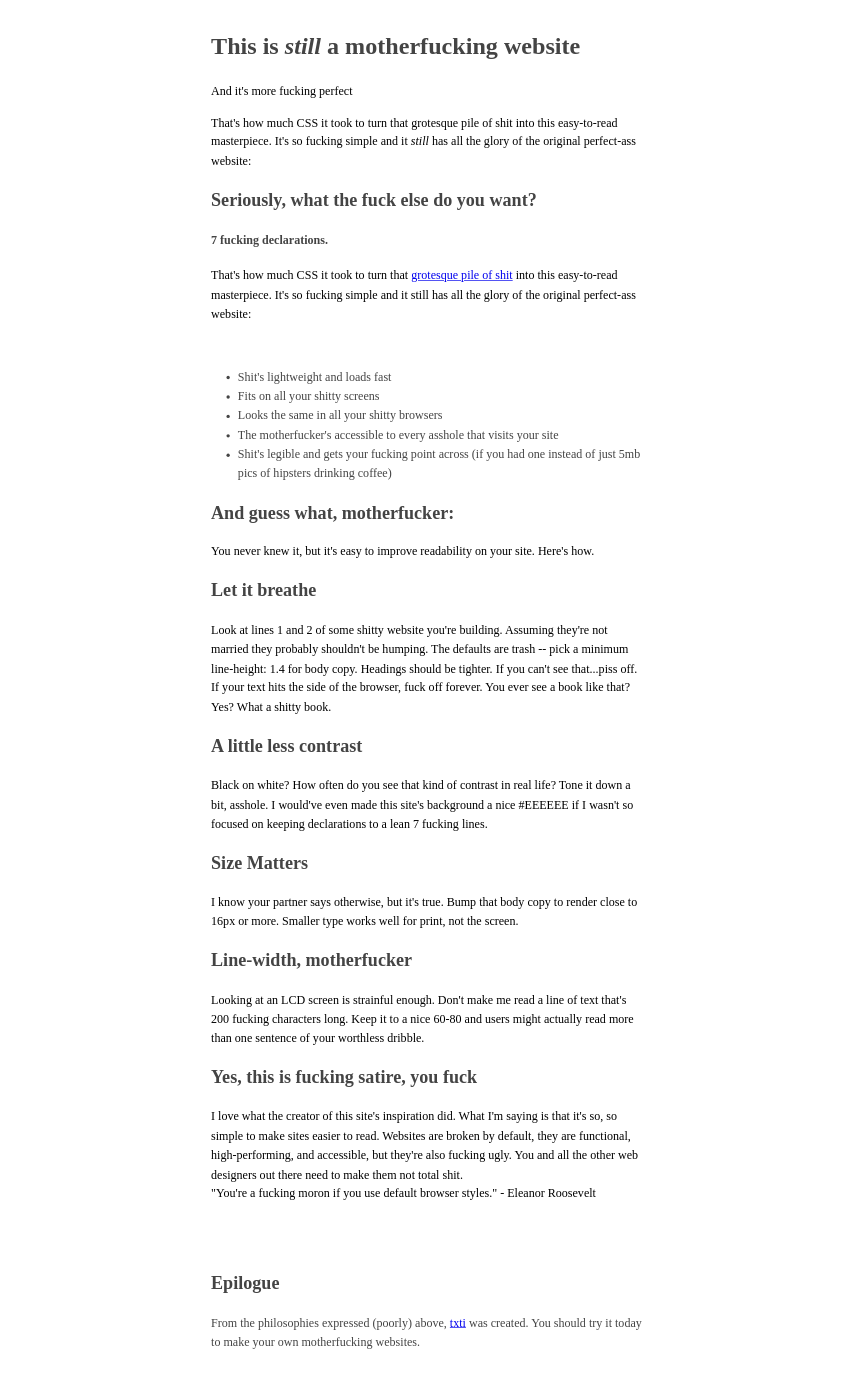
Repository: Ulrichvoitier/Refaire-Google
Page: Best MotherFuckingWebsite.html
An editor plug-in stored every save of this project. The page is shown before and after the next save, followed by the edit.
The browser window is 1280 px wide. The pictures show the whole page, at 67% of full size.

Above is the page before, as saved 2023-01-09 21:33:00.

After the next save:
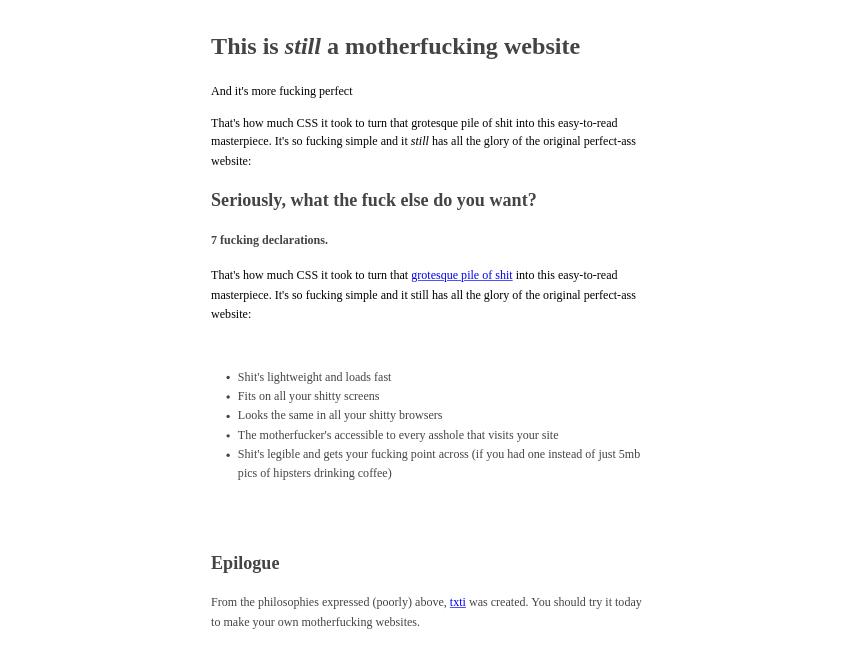
Saved 11 h 46 min later.
--- a/Best MotherFuckingWebsite.html
+++ b/Best MotherFuckingWebsite.html
@@ -20,31 +20,7 @@
         <li>The motherfucker's accessible to every asshole that visits your site</li>
         <li>Shit's legible and gets your fucking point across (if you had one instead of just 5mb pics of hipsters drinking coffee)</li>
     </ul>
-<h2>And guess what, motherfucker:</h2>
-<p>You never knew it, but it's easy to improve readability on your site. Here's how.</p>
 
-
-<h2>Let it breathe</h2>
-
-<p>Look at lines 1 and 2 of some shitty website you're building. Assuming they're not married they probably shouldn't be humping. The defaults are trash -- pick a minimum line-height: 1.4 for body copy. Headings should be tighter. If you can't see that...piss off.
-
-    If your text hits the side of the browser, fuck off forever. You ever see a book like that? Yes? What a shitty book.</p>
-
-<h2>A little less contrast</h2>
-<p>Black on white? How often do you see that kind of contrast in real life? Tone it down a bit, asshole. I would've even made this site's background a nice #EEEEEE if I wasn't so focused on keeping declarations to a lean 7 fucking lines.</p>
-
-<h2>Size Matters</h2>
-<p>I know your partner says otherwise, but it's true. Bump that body copy to render close to 16px or more. Smaller type works well for print, not the screen.</p>
-
-<h2>Line-width, motherfucker</h2>
-<p>Looking at an LCD screen is strainful enough. Don't make me read a line of text that's 200 fucking characters long. Keep it to a nice 60-80 and users might actually read more than one sentence of your worthless dribble.</p>
-
-<h2>Yes, this is fucking satire, you fuck</h2>
-<p> I love what the creator of this site's inspiration did. What I'm saying is that it's so, so simple to make sites easier to read. Websites are broken by default, they are functional, high-performing, and accessible, but they're also fucking ugly. You and all the other web designers out there need to make them not total shit.
-<br>
-"You're a fucking moron if you use default browser styles."
-- Eleanor Roosevelt
-</p>
     <br>
     <br>
 <h2>Epilogue</h2>
